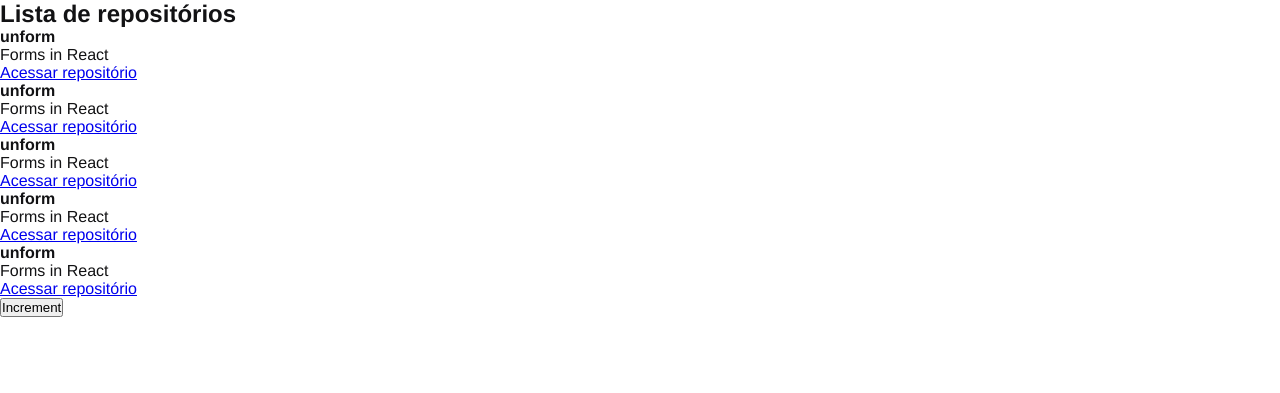
Repository: soualexandre/github-explore
Page: /
The author's editor kept a copy of each file at every save. The page is drawn from the files as they stood at one save, then again after the next save.
The browser window is 1280 px wide. The pictures show the whole page.
The project was rebuilt for these pictures with package versions that can differ from the ones it lists, and the page was loaded fresh each time. Also part of the build but not shown: webpack.config.js.

Above is the page before, as saved 2021-07-09 16:07:36.

After the next save:
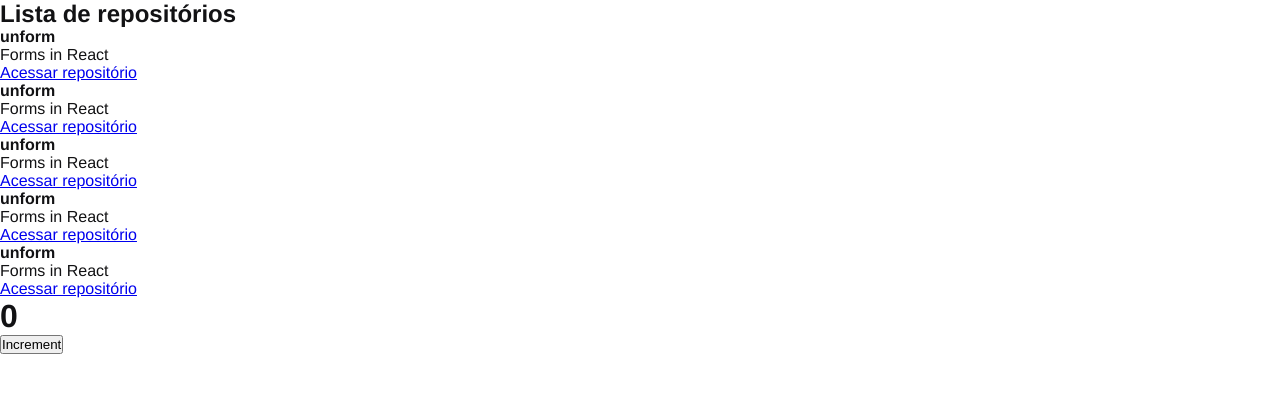
Saved 9 s later.
--- a/src/components/conter.jsx
+++ b/src/components/conter.jsx
@@ -2,7 +2,6 @@
 let counter = 0;
 
 export function Counter() {
-    const [counter, setCounter] = useState()
 
     function handleCounter() {
         console.log('isso funcona');

After the save that followed:
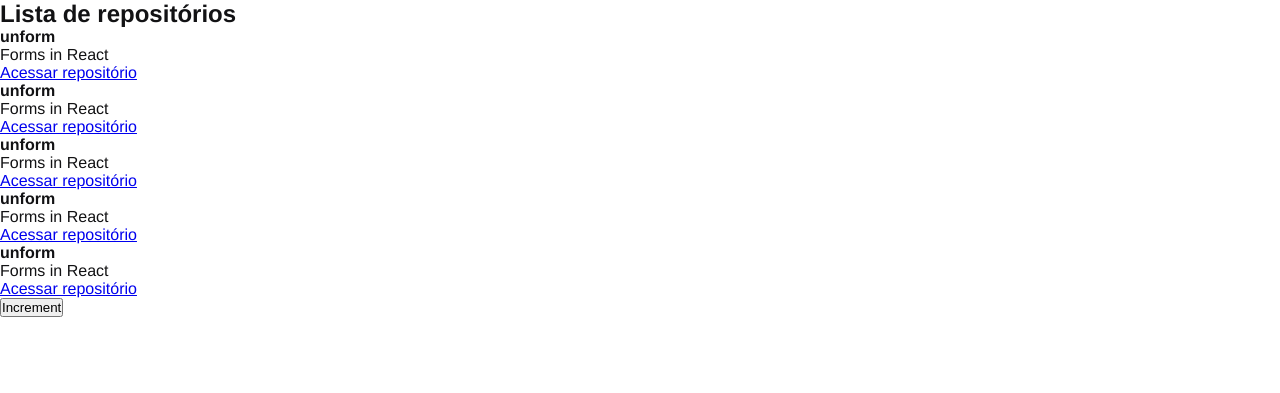
Saved 2 min 7 s later.
--- a/src/components/conter.jsx
+++ b/src/components/conter.jsx
@@ -2,9 +2,10 @@
 let counter = 0;
 
 export function Counter() {
+    const [counter, setCounter] = useState();
+    function handleCounter() {
+        setCounter(counter+1);
 
-    function handleCounter() {
-        console.log('isso funcona');
     }
 
     return (
